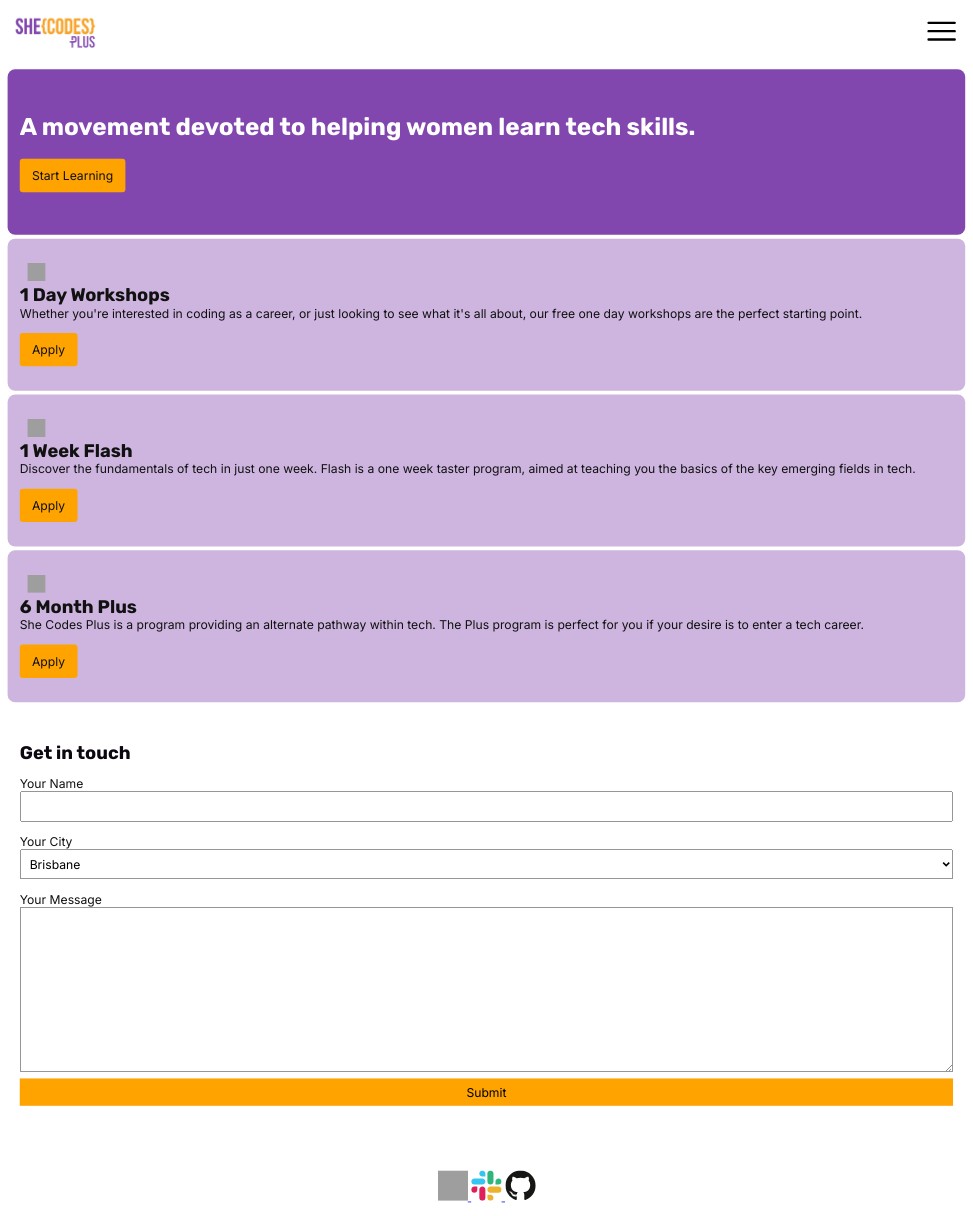
Repository: devashrisamani/website_shecodes_week1
Page: index.html
The author's editor kept a copy of each file at every save. The page is drawn from the files as they stood at one save, then again after the next save.
The browser window is 1280 px wide. The pictures show the whole page, at 76% of full size.
Pictures or frames that could not be fetched are drawn as grey boxes.

Above is the page before, as saved 2025-09-20 10:49:36.

After the next save:
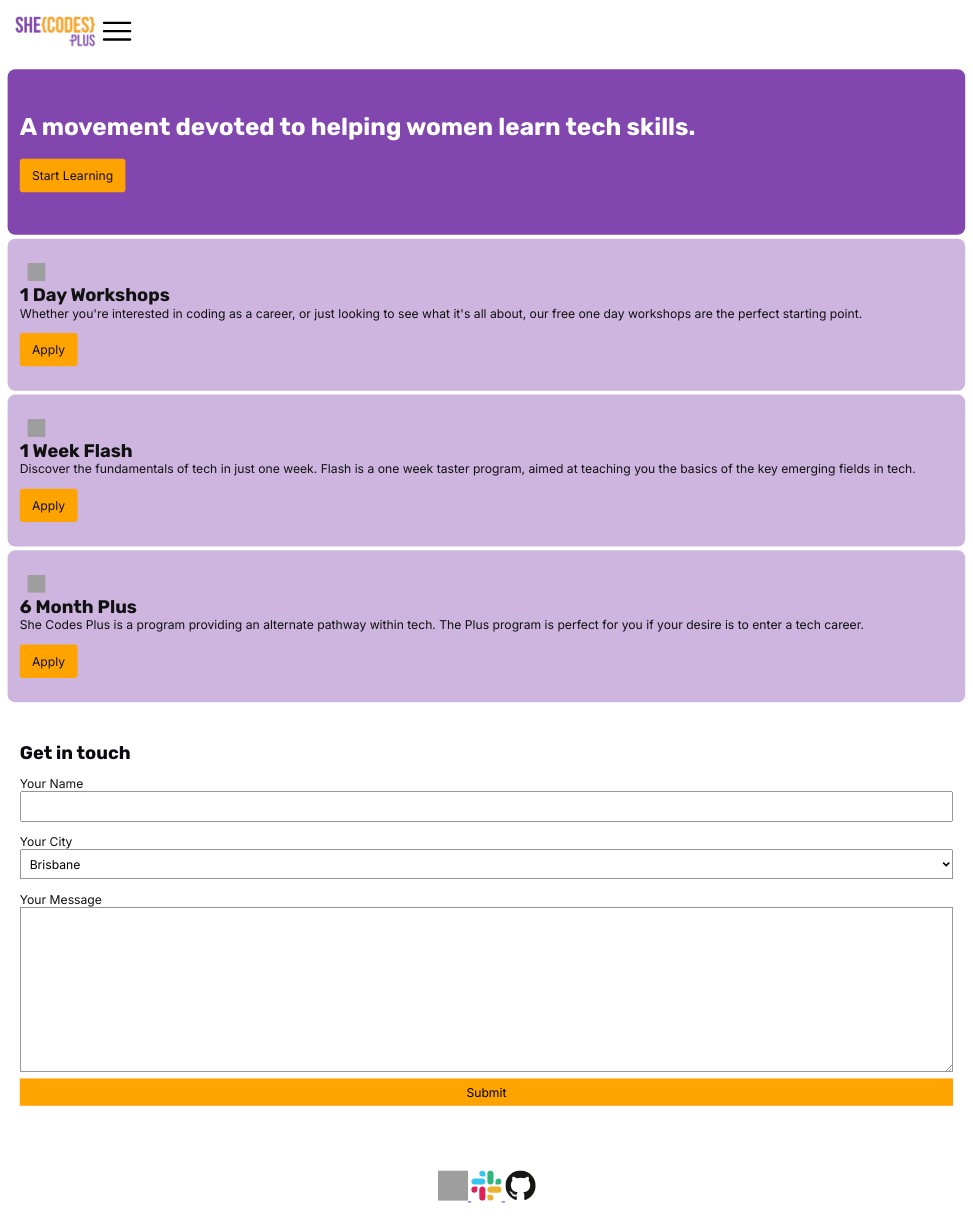
Saved 42 s later.
--- a/style.css
+++ b/style.css
@@ -99,8 +99,8 @@
 header .mobile-header {
   padding: 16px;
   display: flex;
-  align-items: center;
-  justify-content: space-between;
+  /* align-items: center;
+  justify-content: space-between; */
 }
 
 header button {
